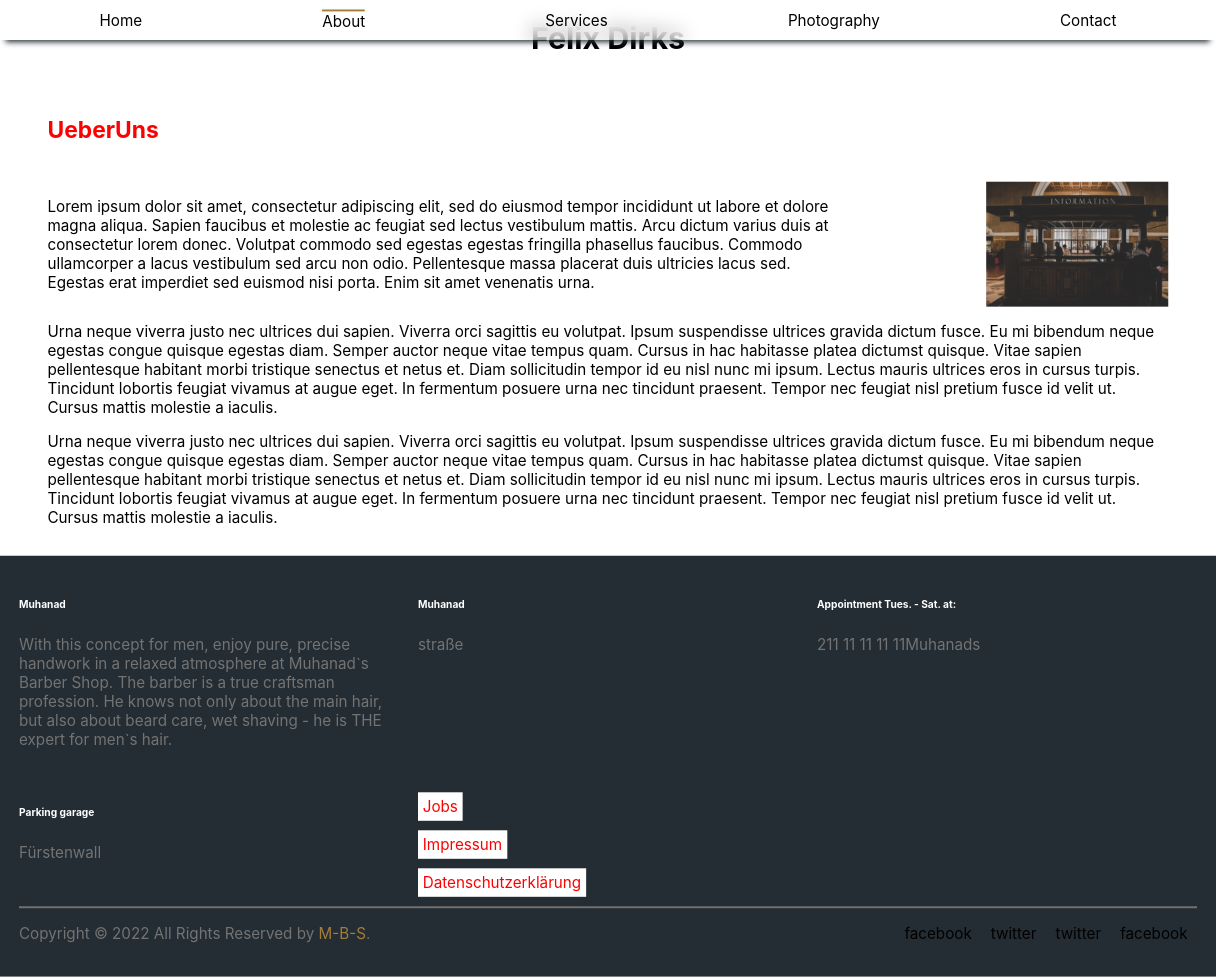
Repository: muhanad-musawi/backend-projekt-frondend
Page: /About (app in pohtographer/)
The author's editor kept a copy of each file at every save. The page is drawn from the files as they stood at one save, then again after the next save.
The browser window is 1280 px wide. The pictures show the whole page, at 95% of full size.
The project was rebuilt for these pictures with package versions that can differ from the ones it lists, and the page was loaded fresh each time. The framework's server and built-in components were replaced by stand-ins that run in the browser. Also part of the build but not shown: pohtographer/next.config.js.

Above is the page before, as saved 2022-03-27 16:19:00.

### pohtographer/pages/_app.js
import '../styles/globals.css'
import Layout from '../layouts/default'

function MyApp({ Component, pageProps }) {


  const getLayout = Component.getLayout
  || ((page) => (<Layout>{page}</Layout>))

  return  getLayout (<Component {...pageProps} />


  )

}

export default MyApp

### pohtographer/pages/About.jsx

import styles from '../styles/main.module.css'
import Image from 'next/image'
import imgA from '../img/philip-strong-iOBTE2xsYko-unsplash.jpg'


function UeberUns() {
  return (
    <div>

    <div className={styles.mainContent}  >

    <h2 className={styles.hTwo} >UeberUns</h2>

    <div  className={styles.imgText} >
    <p className={styles.text} >Lorem ipsum dolor sit amet, consectetur adipiscing elit, sed do eiusmod tempor incididunt ut labore et dolore magna aliqua. Sapien faucibus et molestie ac feugiat sed lectus vestibulum mattis. Arcu dictum varius duis at consectetur lorem donec. Volutpat commodo sed egestas egestas fringilla phasellus faucibus. Commodo ullamcorper a lacus vestibulum sed arcu non odio. Pellentesque massa placerat duis ultricies lacus sed. Egestas erat imperdiet sed euismod nisi porta. Enim sit amet venenatis urna.
    </p>
    <Image width={192}  height={118} src={imgA} alt="" />
    </div>

    <p  className={styles.text}>Urna neque viverra justo nec ultrices dui sapien. Viverra orci sagittis eu volutpat. Ipsum suspendisse ultrices gravida dictum fusce. Eu mi bibendum neque egestas congue quisque egestas diam. Semper auctor neque vitae tempus quam. Cursus in hac habitasse platea dictumst quisque. Vitae sapien pellentesque habitant morbi tristique senectus et netus et. Diam sollicitudin tempor id eu nisl nunc mi ipsum. Lectus mauris ultrices eros in cursus turpis. Tincidunt lobortis feugiat vivamus at augue eget. In fermentum posuere urna nec tincidunt praesent. Tempor nec feugiat nisl pretium fusce id velit ut. Cursus mattis molestie a iaculis.</p>

    <p className={styles.text}>
    Urna neque viverra justo nec ultrices dui sapien. Viverra orci sagittis eu volutpat. Ipsum suspendisse ultrices gravida dictum fusce. Eu mi bibendum neque egestas congue quisque egestas diam. Semper auctor neque vitae tempus quam. Cursus in hac habitasse platea dictumst quisque. Vitae sapien pellentesque habitant morbi tristique senectus et netus et. Diam sollicitudin tempor id eu nisl nunc mi ipsum. Lectus mauris ultrices eros in cursus turpis. Tincidunt lobortis feugiat vivamus at augue eget. In fermentum posuere urna nec tincidunt praesent. Tempor nec feugiat nisl pretium fusce id velit ut. Cursus mattis molestie a iaculis.
    </p>

  </div>

  </div>
  )
}

export default UeberUns

### pohtographer/styles/globals.css
html,
body {
  padding: 0;
  margin: 0;
  font-family: -apple-system, BlinkMacSystemFont, Segoe UI, Roboto, Oxygen,
    Ubuntu, Cantarell, Fira Sans, Droid Sans, Helvetica Neue, sans-serif;
}

a {
  color: inherit;
  text-decoration: none;
}

* {
  box-sizing: border-box;
}

### pohtographer/layouts/default.jsx

import Header from '../components/Header'

import Footer from '../components/Footer'
import Head from 'next/head'


function Layout ({children}) {
  return (
    <div>
       <Header/>
       <Head>
        <title>my-App</title>
        <meta name="description" content="Generated by create next app" />
        <link rel="icon" href="/favicon.ico" />
      </Head>
      {children}
      <Footer/>
    </div>
  )
}

export default Layout

### pohtographer/styles/main.module.css


.mainContent{
  margin: 30px 50px;
}

.hTwo {
  color: red;
  margin: 40px 0px;
}

.text{
  text-align: left;


}

.imgText{
  display: flex;
  justify-content: space-between;
}

.imgText p {
  width: 70%;
 }

### pohtographer/components/Header.jsx
import Link from 'next/link'
import Image from 'next/image'
import home from '../img/home.svg'
import about from '../img/about.svg'
import service from '../img/service.svg'
import experience from '../img/experience.svg'
import contact from '../img/contact.svg'

import styles from '../styles/Header.module.css'
import { useRouter } from "next/router";



function Header() {

  const router = useRouter();

  return (
    <div className={styles.navbarCenter} >
      <h1 className={styles.logoName}>Felix Dirks</h1>
    <div className={styles.headerLinks}>

        <Link href="/">
          <a className={router.pathname == "/" ? styles.active : ""}><span className={styles.desktopVersion}>Home</span>
        <span className={styles.mobileVersion}>

          <span className={styles.img}> <Image  src={home} alt="home" /></span>


        </span></a>
        </Link>

        <Link href="/About">
          <a className={router.pathname == "/About" ? styles.active : ""}>
          <span className={styles.desktopVersion}>About</span>
        <span className={styles.mobileVersion}>


        <span className={styles.img} ><Image   src={about} alt="about" /></span>

        </span>
          </a>
        </Link>

        <Link href="/Services">
          <a className={router.pathname == "/Services" ? styles.active  : ""}>
          <span className={styles.desktopVersion}>Services</span>
        <span className={styles.mobileVersion}>

          <span className={styles.img}><Image  src={service} alt="service" /></span>


        </span>
          </a>
        </Link>

        <Link href="/Photography">
          <a className={router.pathname == "/Photography" ? styles.active  : ""}>
          <span className={styles.desktopVersion}>Photography</span>
        <span className={styles.mobileVersion}>

          <span className={styles.img} > <Image  src={home} alt="home" /></span>


        </span>
          </a>
        </Link>

        <Link href="/Contact">
          <div className={router.pathname == "/Contact" ? styles.active : ""}>
          <span className={styles.desktopVersion}>Contact</span>

        <span className={styles.mobileVersion}>

          <span className={styles.img} ><Image  src={contact} alt="contact" /></span>

        </span>
          </div>
        </Link>

        </div>

    </div>
  )
}

export default Header

### pohtographer/components/Footer.jsx
import Link from "next/link";
import styles from "../styles/Footer.module.css";

function Footer() {
  return (
    <div className={styles.footer}>

    <div className={styles.startFooter}>
      <div className={styles.conceptText}>
        <h6>Muhanad</h6>
        <p>
          With this concept for men, enjoy pure, precise handwork in a relaxed
          atmosphere at Muhanad`s Barber Shop. The barber is a true craftsman
          profession. He knows not only about the main hair, but also about
          beard care, wet shaving - he is THE expert for men`s hair.
        </p>
      </div>

      <div className={styles.adresseLink}>
        <h6>Muhanad</h6>
        <div>
          <Link href="'">straße</Link>
        </div>
      </div>

      <div className={styles.openingContactDetails}>
        <h6>Appointment Tues. - Sat. at:</h6>
        <div>
          <Link href="'">211 11 11 11 11</Link>
          <Link href="'">Muhanads</Link>
        </div>
      </div>

      <div className={styles.parkingGarage}>
        <h6>Parking garage</h6>
        <div>
          <Link href="'">Fürstenwall</Link>
        </div>
      </div>

      <div className={styles.jobsImpressumDatenschutzerklärungLink}>
      <div><Link href="#1">Jobs</Link></div>
      <div><Link href="#2">Impressum</Link></div>
       <div><Link href="#3">Datenschutzerklärung</Link></div>
      </div>
       </div>


      <div className={styles.endFooter}>

        <div className={styles.copyrightLink}>
          <p>
           Copyright &copy; 2022 All Rights Reserved by
           <span className={styles.link}><Link href="#">  M-B-S</Link></span>.
          </p>
        </div>

        <div className={styles.socialMedia}>
          <ul className={styles.socialMediaUl}>
            <li>
              <span><Link href="#">facebook</Link></span>

            </li>
            <li>
              <span><Link href="#">twitter</Link></span>

            </li>
            <li>
              <span><Link href="#">twitter </Link></span>

            </li>
            <li>
              <span><Link href="#">facebook</Link></span>
            </li>
          </ul>
        </div>
      </div>
    </div>
  );
}

export default Footer;

### pohtographer/styles/Header.module.css
/*
$color-white:#ffffff;
$footer-color:#737373;
$color-gold:#a57d38;
$color-dark:#242d34;
*/




.navbarCenter {
  width: 100%;
  display: flex;
  justify-content: center;

}

.headerLinks {
  -webkit-backdrop-filter: blur(10px);
  backdrop-filter: blur(10px);
  background-color: rgba(255, 255, 255, 0.5);

  margin: auto auto;
  padding: 10px;
  margin-bottom: 50px;
  display: flex;
  justify-content: space-around;
  align-items: center;

  border-radius: 40px;
  overflow: hidden;
  position: fixed;
  bottom: 0;
  width: 85%;
}

.mobileVersion {
  display: flex;
  justify-content: center;
  align-items: center;
  visibility: visible;
  border: 1px solid #a57d38;
  border-radius: 60%;
}

.mobileVersion:hover {
  border: 1px solid #a57d38;
  background-color: #242d34;
  border-radius: 60%;
}

.active {
  background-color: #242d34;
  border-radius: 60%;
  border: 2px solid #a57d38;
}

.img {
  width: 40px;
  margin: 5px;
  margin-left: 10px;
  margin-right: 10px;
  margin-top: 10px;
}

.desktopVersion {
  display: none;
  visibility: hidden;
}



@media screen and (min-width: 1024px) {

  .navbarCenter {

    position: sticky;
    overflow: hidden;
    z-index: 2;
    top: 0;

    width: 100%;
  }


  .headerLinks {
    width: 100%;
    -webkit-backdrop-filter: blur(10px);
    backdrop-filter: blur(10px);
    background-color: rgba(255, 255, 255, 0.5);


    justify-content: space-around;
    margin-top: 0px;
    margin-bottom: 0px;
    border-radius: 0;
    bottom: unset;


    -webkit-box-shadow: 0 8px 6px -6px #242d34;
    -moz-box-shadow: 0 8px 6px -6px #242d34;
    box-shadow: 0 8px 6px -6px #242d34;
  }


  .active {

    background-color: initial;
    border-radius: 0;
    border: none;
    border-top: 2px solid #a57d38;
  }

  .mobileVersion {
    display: none;
    visibility: hidden;
  }

  .desktopVersion {


    display: block;
    visibility: visible;
  }




}

### pohtographer/styles/Footer.module.css


.footer {
  width: 100%;
  padding: 20px;
  background-color: rgba(36,45,52,1);
}

.startFooter {
  display: grid;
  grid-template-columns: 1fr;
  grid-template-rows: 1fr;
}

.conceptText h6{
  color: #ffffff;
}

.conceptText p {
  color: #737373;
}

.adresseLink h6{
  color: #ffffff;
}

.adresseLink div{
  color: #737373;
}

.openingContactDetails h6{
  color: #ffffff;
}

.openingContactDetails div{
  color: #737373;
}

.parkingGarage h6{
  color: #ffffff;
}

.parkingGarage div {
  color: #737373;
}

.jobsImpressumDatenschutzerklärungLink  div {
  margin: 10px 0;
  padding: 5px 5px;
  color: red;
  background-color: #ffffff;
  width: max-content;
}


.copyrightLink {
  color: #737373;
  display: flex;
}

.link {
  color: #a57d38;
}

.endFooter {
  width: 100%;
  display: flex;
  justify-content: space-between;
  flex-direction: column;
  align-items: center;
  border-top: 2px solid  #737373;
}

.socialMedia {
 text-align: center;
}

.socialMediaUl {
  list-style: none;
  display: flex;
 justify-content: space-between;
}

.socialMediaUl li {
  margin: 0;
}


@media screen and (min-width: 700px) {

  .startFooter {
    display: grid;
    grid-template-columns: 1fr 1fr ;
    grid-template-rows: auto;
    column-gap: 10px;
    row-gap: 10px;
  }

  .endFooter {
    flex-direction: row;
  }

  .socialMediaUl li {
    margin: 0 10px
  }

}

@media screen and (min-width: 1000px) {

  .startFooter {
    display: grid;
    grid-template-columns: 1fr 1fr 1fr;
    grid-template-rows: auto;
    column-gap: 20px;
    row-gap: 20px;
  }

  .socialMedia {
    text-align: center;
    display: flex;
    justify-content: space-between;
   }
}

After the next save:
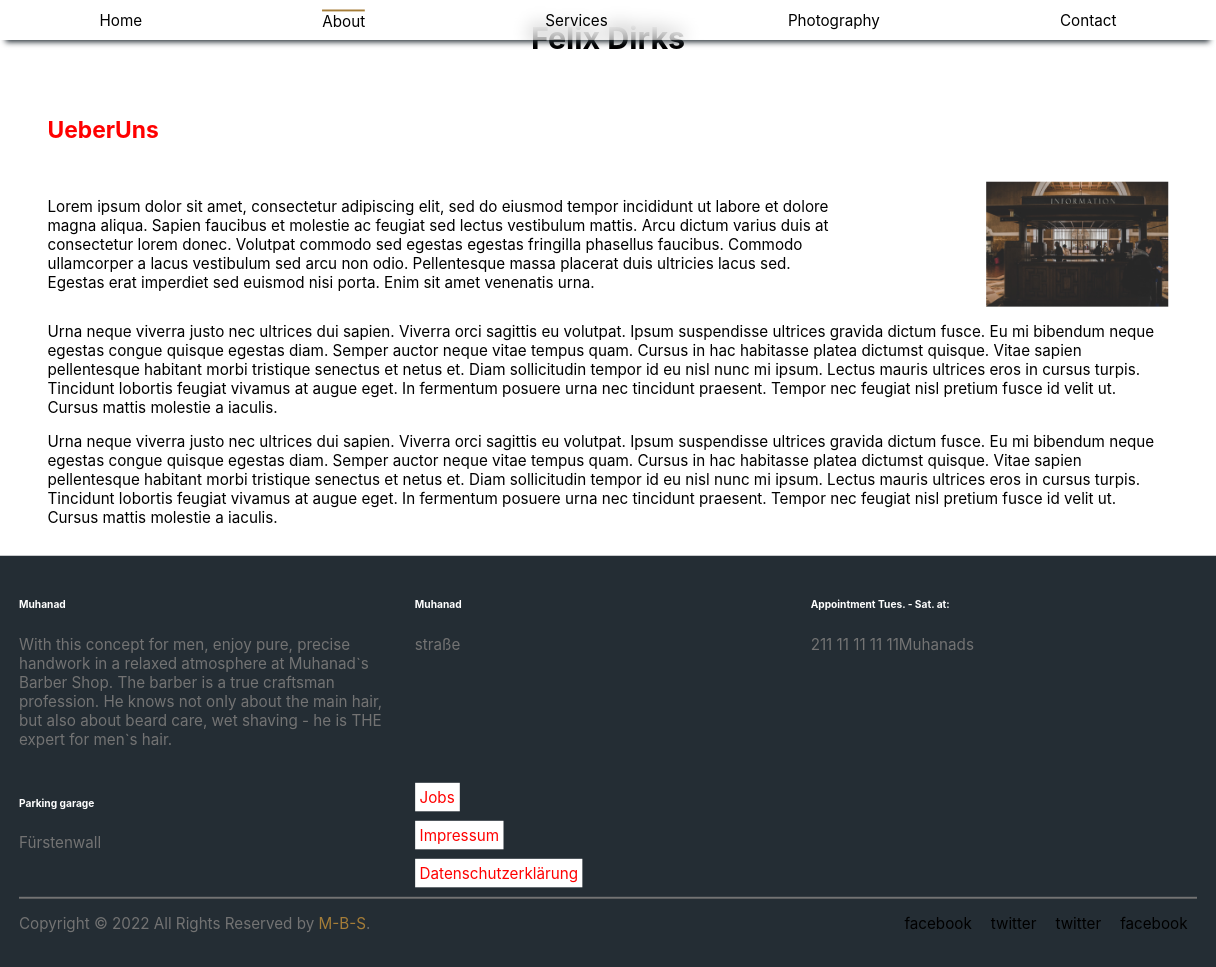
Saved 14 s later.
--- a/pohtographer/styles/Footer.module.css
+++ b/pohtographer/styles/Footer.module.css
@@ -112,8 +112,7 @@
     display: grid;
     grid-template-columns: 1fr 1fr 1fr;
     grid-template-rows: auto;
-    column-gap: 20px;
-    row-gap: 20px;
+
   }
 
   .socialMedia {

After the save that followed:
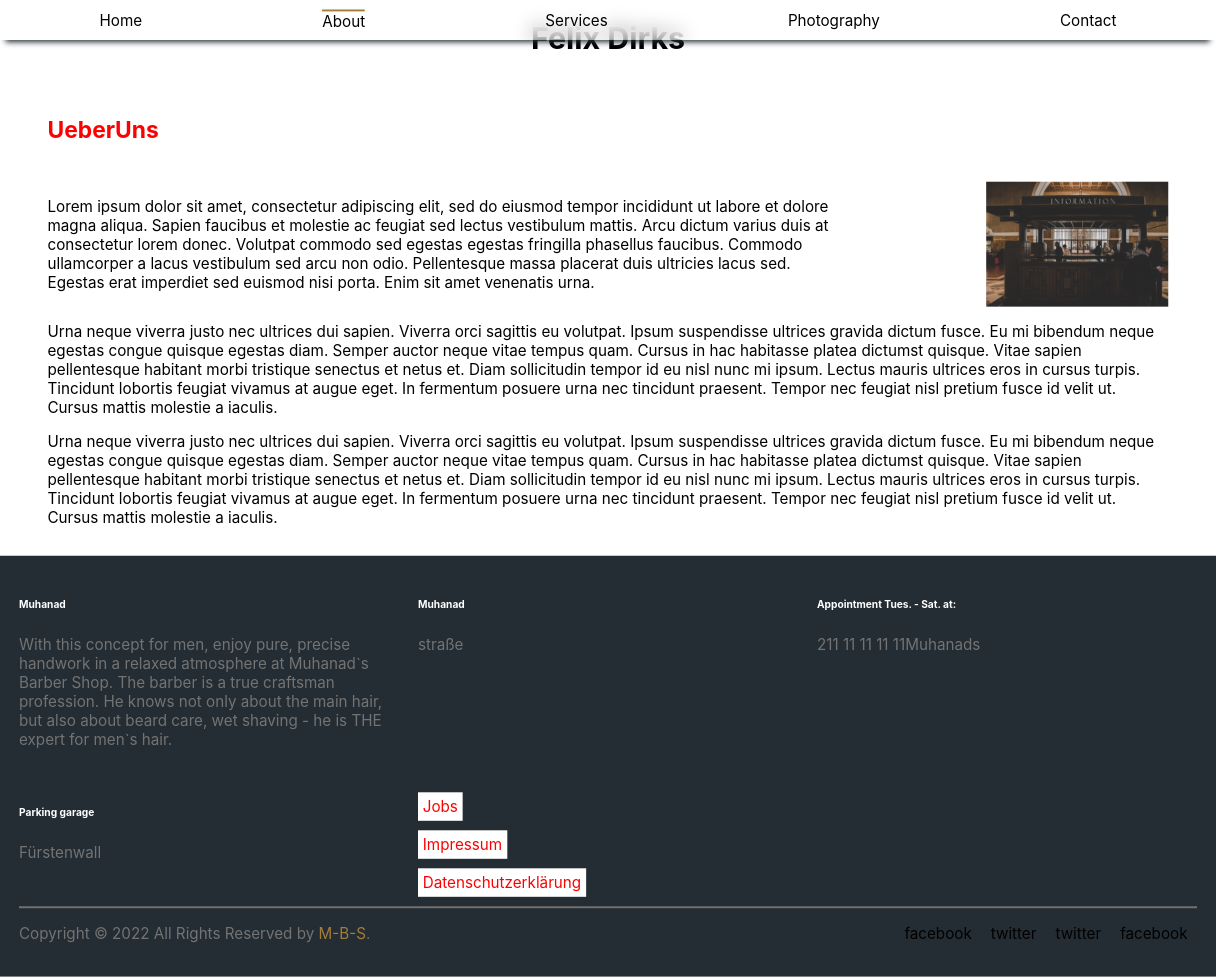
Saved 8 s later.
--- a/pohtographer/styles/Footer.module.css
+++ b/pohtographer/styles/Footer.module.css
@@ -92,8 +92,8 @@
     display: grid;
     grid-template-columns: 1fr 1fr ;
     grid-template-rows: auto;
-    column-gap: 10px;
-    row-gap: 10px;
+    column-gap: 20px;
+    row-gap: 20px;
   }
 
   .endFooter {
